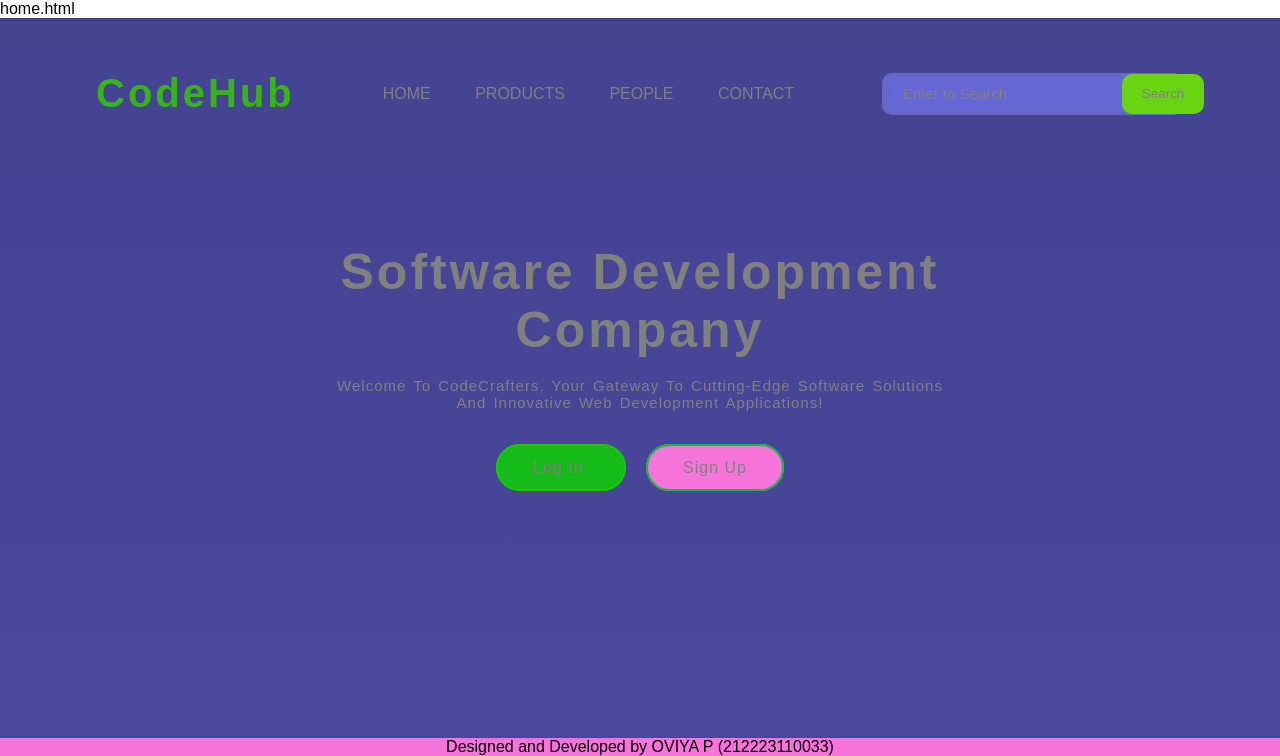
Repository: Oviya24032K6/softweb
Page: oviya/softapp/static/home.html
These files come from the project's save history. The page is drawn as it stood at one moment and after a run of saves; the edit follows.
The browser window is 1280 px wide. The pictures show the whole page.

Above is the page before, as saved 2024-04-23 11:28:57.

### oviya/softapp/static/home.html
home.html

<html>
    <head>
        <meta name="viewport" content="width=device-width, initial-scale=1.0">
        <title> Software Development Company </title>
        <style type="text/css">
            * {
                margin: 0;
                padding: 0;
                font-family: Arial, Helvetica, sans-serif;
            }
            .banner {
                width: 100%;
                height: 100vh;
                background-image: linear-gradient(rgba(5, 5, 108, 0.75),rgba(12, 8, 124, 0.75));
                background-size: cover;
                background-position: center;
            }
            .navbar {
                width: 85%;
                margin: auto;
                padding: 35px 0;
                display: flex;
                align-items: center;
                justify-content: space-between;
            }
            .logo {
                color:#37b418;
                font-size: 40px;
                font-weight: 700;
                letter-spacing: 3px;
            }
            span {
                color: gray;
            }
            form {
                width: 300px;
                height: 40px;
                display: flex;
                background: rgba(255, 255, 255, 0.2);
                padding: 1px 1px;
                font-size: 15px;
                border-radius: 10px;
                backdrop-filter: blur(4px) saturate(180%);
            }
            form input {
                background: transparent;
                flex: 1;
                border: 0;
                outline: none;
                padding: 12px 20px;
                font-size: 15px;
                color: gray;
            }
            ::placeholder {
                color: gray;
            }
            form button {
                border: 0;
                outline: none;
                padding: 5px 20px;
                color: gray;
                border-radius: 10px;
                background:#69d411;
                cursor: pointer;
            }
            .navbar li {
                list-style: none;
                display: inline-block;
                margin: 0 20px;
                position: relative;
            }
            .navbar li a {
                text-decoration: none;
                color: gray;
                text-transform: uppercase;
            }
            .navbar li:hover {
                border: 1px;
                padding: 10px;
                color: gray;
                background-color:#1dbc3f;
                transition: 0.5s;
                cursor: pointer;
                border-radius: 30px;
            }
            .content {
                position: absolute;
                top: 50%;
                left: 50%;
                transform: translate(-50%,-50%);
                text-align: center;
            }
            .text h2 {
                color: gray;
                font-weight: 800;
                font-size: 50px;
                letter-spacing: 3px;
            }
            .text p {
                color: gray;
                text-transform: capitalize;
                font-size: 15px;
                margin-bottom: 30px;
                word-spacing: 2px;
                letter-spacing: 1px;
            }
            .login {
                margin: 0px 10px;
                border: 2px solid#1ac70e;
                padding: 13px 35px;
                letter-spacing: 1px;
                color: gray;
                border-radius: 30px;
                background-color:#14bb19;
                text-decoration: none;
            }
            .login:hover {
                border: 2px solid#12af31;
                color:#0db118;
                background-color: gray;
                transition: 0.5s;
                cursor: pointer;
            }
            .signup {
                margin: 0px 10px;
                border: 2px solid#09be39;
                padding: 13px 35px;
                letter-spacing: 1px;
                color: gray;
                border-radius: 30px;
                background-color:#f775db;
                text-decoration: none;
            }
            .signup:hover {
                border: 2px solid#f775db;
                color:#f775db;
                background-color: gray;
                transition: 0.5s;
                cursor: pointer;
            }
            footer {
                background-color:#f775db;
                margin-top: auto;
            }
        </style>
    </head>
<body>
    <div class="banner">
        <br>
        <div class="navbar">
            <h1 class="logo">CodeHub</h1>
            <ul>
                <li><a href="http://127.0.0.1:8000/static/home.html"> Home </a></li>
                <li><a href="http://127.0.0.1:8000/static/product.html"> Products </a></li>
                <li><a href="http://127.0.0.1:8000/static/people.html"> People </a></li>
                <li><a href="http://127.0.0.1:8000/static/contact.html"> Contact </a></li>
            </ul>
            <form action="" method="get">
                <input type="text" placeholder="Enter to Search">
                <button type="submit"> Search </button>
            </form>
        </div>
        <div class="content">
            <div class="text">
                <h2> Software Development Company </h2>
                <br>
                <p> Welcome to CodeCrafters, your gateway to cutting-edge software solutions and innovative web development applications! </p>
                <br>
                <div>
                    <a href="#" class="login"> Log In </a>
                    <a href="#" class="signup"> Sign Up </a>
                </div>
            </div>
        </div>
    </div>
    <footer>
        <center> Designed and Developed by OVIYA P (212223110033) </center>
    </footer>
</body>
</html>

After the next 2 saves:
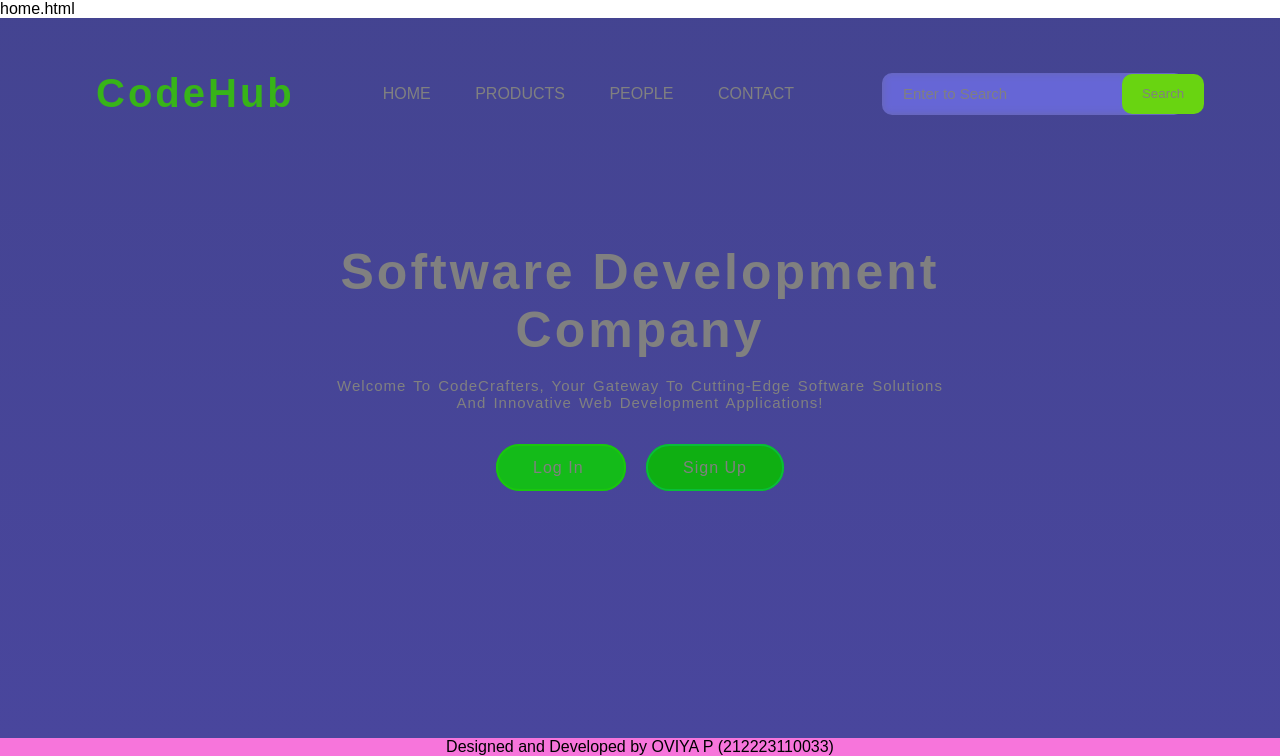
The 2 saves are shown as one change because they came seconds apart.
The last was saved 7 s later.
--- a/oviya/softapp/static/home.html
+++ b/oviya/softapp/static/home.html
@@ -130,7 +130,7 @@ home.html
                 letter-spacing: 1px;
                 color: gray;
                 border-radius: 30px;
-                background-color:#f775db;
+                background-color:#0faf12;
                 text-decoration: none;
             }
             .signup:hover {
